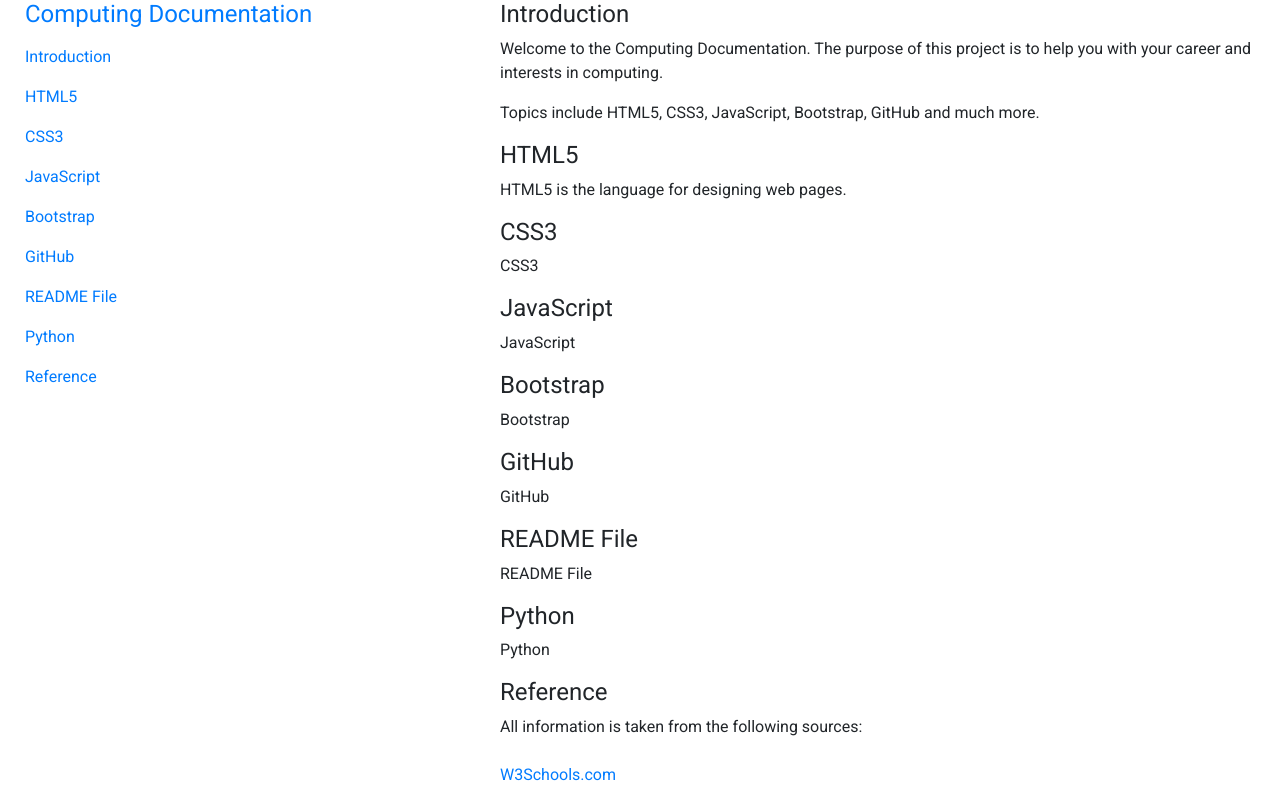
Repository: derektypist/technical-documentation-page
Page: index.html
The author's editor kept a record of every edit. The page is drawn from the files as they stood at one moment, then again after the next edit.
The browser window is 1280 px wide. The pictures show the whole page.

Above is the page before.

### index.html
<!DOCTYPE html>
<html lang="en">

<head>
  <meta charset="UTF-8">
  <meta name="viewport" content="width=device-width, initial-scale=1.0">
  <meta http-equiv="X-UA-Compatible" content="ie=edge">
  <title>Technical Documentation Page</title>
  <!-- Load Style Sheets -->
  <link rel="stylesheet" href="https://maxcdn.bootstrapcdn.com/bootstrap/4.4.1/css/bootstrap.min.css" integrity="sha384-Vkoo8x4CGsO3+Hhxv8T/Q5PaXtkKtu6ug5TOeNV6gBiFeWPGFN9MuhOf23Q9Ifjh" crossorigin="anonymous">
  <link href="https://fonts.googleapis.com/css?family=Roboto|Roboto+Mono&display=swap" rel="stylesheet">
  <style>
    /* Navigation */

    #navbar {
      font-family: "Roboto", Arial, Verdana, sans-serif;
      margin-left: 25px;
      position: fixed;
    }

    /* Main Content */

    #main-doc {
      font-family: "Roboto", Arial, Verdana, sans-serif;
      padding-left: 450px;
    }

    /* Main Section */

    .main-section {
      margin-left: 50px;
    }
  </style>
</head>

<body>
  <!-- Set Up Navigation -->
  <nav class="navbar-nav" id="navbar">
    <header>
      <h4><a href="index.html" title="Return to Home Page">Computing Documentation</a></h4>
    </header>


    <!-- Set Up List Items Vertically -->
    <ul class="navbar-nav">
      <li class="nav-item">
        <a class="nav-link" href="#Introduction">Introduction</a>
      </li>
      <li class="nav-item">
        <a class="nav-link" href="#HTML5">HTML5</a>
      </li>
      <li class="nav-item">
        <a class="nav-link" href="#CSS3">CSS3</a>
      </li>
      <li class="nav-item">
        <a class="nav-link" href="#JavaScript">JavaScript</a>
      </li>
      <li class="nav-item">
        <a class="nav-link" href="#Bootstrap">Bootstrap</a>
      </li>
      <li class="nav-item">
        <a class="nav-link" href="#GitHub">GitHub</a>
      </li>
      <li class="nav-item">
        <a class="nav-link" href="#README_File">README File</a>
      </li>
      <li class="nav-item">
        <a class="nav-link" href="#Python">Python</a>
      </li>
      <li>
        <a class="nav-link" href="#Reference">Reference</a>
      </li>
  </nav>

  <!-- Set Up Main Content -->
  <main id="main-doc">

    <!-- Provide Section for Introduction -->
    <section class="main-section" id="Introduction">
      <header>
        <h4>Introduction</h4>
      </header>
      <article>
        <p>Welcome to the Computing Documentation. The purpose of this project is to help you with your career and interests in computing.</p>
        <p>Topics include HTML5, CSS3, JavaScript, Bootstrap, GitHub and much more.</p>
      </article>
    </section>

    <!-- Provide Section for HTML5 -->
    <section class="main-section" id="HTML5">
      <header>
        <h4>HTML5</h4>
      </header>
      <article>
        <p>HTML5 is the language for designing web pages.</p>
      </article>
    </section>

    <!-- Provide Section for CSS3 -->
    <section class="main-section" id="CSS3">
      <header>
        <h4>CSS3</h4>
      </header>
      <article>
        <p>CSS3</p>
      </article>
    </section>

    <!-- Provide Section for JavaScript -->
    <section class="main-section" id="JavaScript">
      <header>
        <h4>JavaScript</h4>
      </header>
      <article>
        <p>JavaScript</p>
      </article>
    </section>

    <!-- Provide Section for Bootstrap -->
    <section class="main-section" id="Bootstrap">
      <header>
        <h4>Bootstrap</h4>
      </header>
      <article>
        <p>Bootstrap</p>
      </article>
    </section>


    <!-- Provide Section for GitHub -->
    <section class="main-section" id="GitHub">
      <header>
        <h4>GitHub</h4>
      </header>
      <article>
        <p>GitHub</p>
      </article>
    </section>

    <!-- Provide Section for README File -->
    <section class="main-section" id="README_File">
      <header>
        <h4>README File</h4>
      </header>
      <article>
        <p>README File</p>
      </article>
    </section>

    <!-- Provide Section for Python -->
    <section class="main-section" id="Python">
      <header>
        <h4>Python</h4>
      </header>
      <article>
        <p>Python</p>
      </article>
    </section>

    <!-- Provide Section for Reference -->
    <section class="main-section" id="Reference">
      <header>
        <h4>Reference</h4>
      </header>
      <article>
        <p>All information is taken from the following sources:</p>
        <ul class="navbar-nav">
          <li class="nav-item">
            <a class="nav-link" href="https://www.w3schools.com" target="_blank">W3Schools.com</a>
          </li>
        </ul>
      </article>
    </section>
  </main>
</body>

</html>

After the next edit:
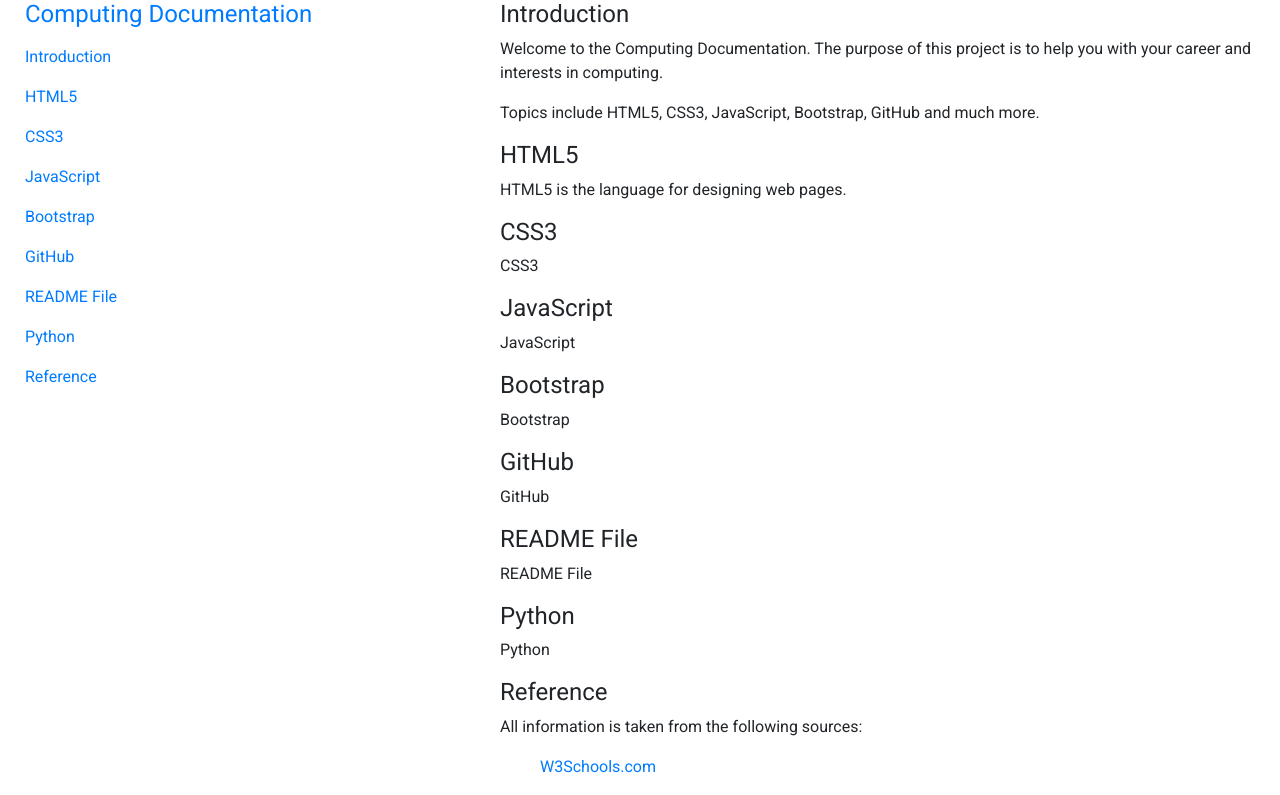
The edit:
--- a/index.html
+++ b/index.html
@@ -164,10 +164,8 @@
       </header>
       <article>
         <p>All information is taken from the following sources:</p>
-        <ul class="navbar-nav">
-          <li class="nav-item">
-            <a class="nav-link" href="https://www.w3schools.com" target="_blank">W3Schools.com</a>
-          </li>
+        <ul>
+          <a href="https://www.w3schools.com" target="_blank" title="W3Schools.com">W3Schools.com</a>
         </ul>
       </article>
     </section>
